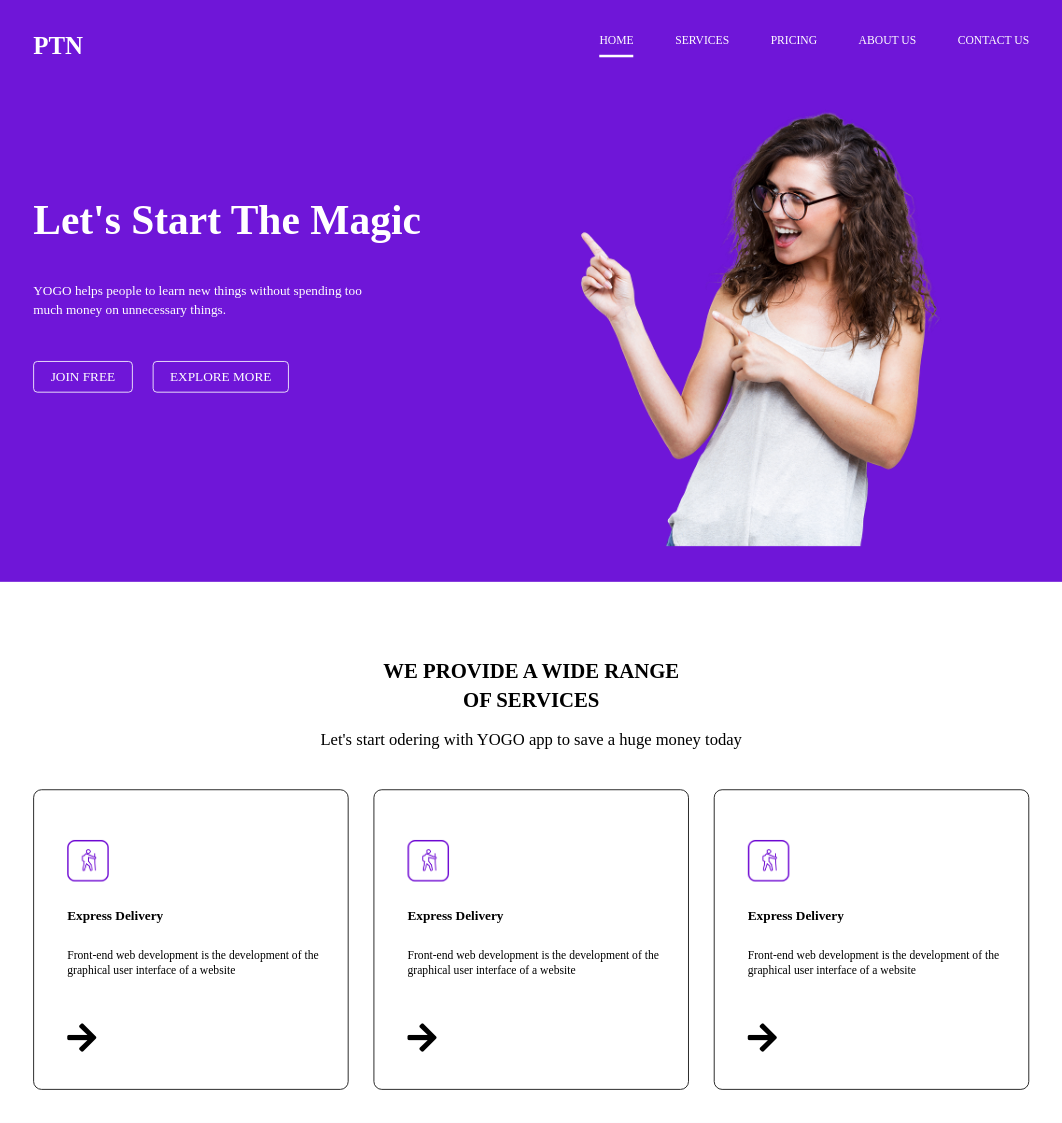
Repository: PhamTrungNguyen/LuyenTap
Page: index.html
An editor plug-in stored every save of this project. The page is shown before and after the next save, followed by the edit.
The browser window is 1280 px wide. The pictures show the whole page, at 83% of full size.
Some web fonts or font styles are not loaded; a fallback is used. The style sheet was rebuilt from its Sass, Less or Tailwind sources for each picture, by a compiler version that may differ from the author's.

Above is the page before, as saved 2021-12-05 21:55:23.

### index.html
<!DOCTYPE html>
<html lang="en">

<head>
    <meta charset="UTF-8">
    <meta http-equiv="X-UA-Compatible" content="IE=edge">
    <meta name="viewport" content="width=device-width, initial-scale=1.0">
    <title>TN_YoGo</title>
    <link rel="stylesheet" href="./reset.css">
    <link rel="stylesheet" href="./style.css">
    <!-- link truyền icon -->
    <link rel="stylesheet" href="https://cdnjs.cloudflare.com/ajax/libs/font-awesome/5.15.3/css/all.min.css"
        integrity="sha512-iBBXm8fW90+nuLcSKlbmrPcLa0OT92xO1BIsZ+ywDWZCvqsWgccV3gFoRBv0z+8dLJgyAHIhR35VZc2oM/gI1w=="
        crossorigin="anonymous" referrerpolicy="no-referrer" />
    <!-- link font chữ -->
    <link
        href="https://fonts.googleapis.com/css2?family=Roboto:ital,wght@0,300;0,400;1,300;1,400&family=Zen+Loop&display=swap"
        rel="stylesheet">
</head>

<body>
    <!-- -------------------- Logo và menu -------------------- -->
    <header class="header">
        <div class="container">
            <div class="header-main">
                <a href="#" class="header-main_logo">PTN</a>
                <ul class="header-main_menu">
                    <li class="header-main_menu__item">
                        <a href="" class="header-main_menu__link active-home">Home</a>
                    </li>
                    <li class="header-main_menu__item">
                        <a href="" class="header-main_menu__link">Services</a>
                    </li>
                    <li class="header-main_menu__item">
                        <a href="" class="header-main_menu__link">Pricing</a>
                    </li>
                    <li class="header-main_menu__item">
                        <a href="" class="header-main_menu__link">About Us</a>
                    </li>
                    <li class="header-main_menu__item">
                        <a href="" class="header-main_menu__link">Contact Us</a>
                    </li>
                </ul>
            </div>
            <!-- -------------------- Phần header trung tâm -------------------- -->
            <div class="header-center">
                <div class="header-left">
                    <h2 class="header-left_title">Let's Start The Magic</h2>
                    <p class="header-left_desc">YOGO helps people to learn new things without spending too much money on
                        unnecessary things.</p>
                    <div class="header-left_click">
                        <a href="" class="header-left_link">join free</a>
                        <a href="" class="header-left_link">explore more</a>
                    </div>
                </div>
                <div class="header-right">
                    <img src="./images/home-pic.png" alt="" class="header-right_image">
                </div>
            </div>
        </div>
    </header>
    <!-- -------------------- Phần service ( dưới header ) -------------------- -->
    <section class="service">
        <div class="container">
            <div class="service-over">
                <h2 class="service-over_title">we provide a wide range of services</h2>
                <p class="service-over_desc">Let's start odering with YOGO app to save a huge money today</p>
            </div>
            <div class="service-below">
                <div class="service-below--list">
                    <div class="service-below--block">
                        <img src="./images/Icon-1.png" alt="" class="service-below_icon">
                        <h3 class="service-below_title">Express Delivery</h3>
                        <span class="service-below_desc">Front-end web development is the development of the graphical user interface of a website</span>
                        <div class="service-below_item">
                            <i class="fas fa-arrow-right"></i>
                        </div>
                    </div>
                </div>
                <div class="service-below--list">
                    <div class="service-below--block">
                        <img src="./images/Icon-1.png" alt="" class="service-below_icon">
                        <h3 class="service-below_title">Express Delivery</h3>
                        <span class="service-below_desc">Front-end web development is the development of the graphical user interface of a website</span>
                        <div class="service-below_item">
                            <i class="fas fa-arrow-right"></i>
                        </div>
                    </div>
                </div>
                <div class="service-below--list">
                    <div class="service-below--block">
                        <img src="./images/Icon-1.png" alt="" class="service-below_icon">
                        <h3 class="service-below_title">Express Delivery</h3>
                        <span class="service-below_desc">Front-end web development is the development of the graphical user interface of a website</span>
                        <div class="service-below_item">
                            <i class="fas fa-arrow-right"></i>
                        </div>
                    </div>
                </div>

            </div>
        </div>
    </section>

</body>

</html>

### reset.css
/* http://meyerweb.com/eric/tools/css/reset/
   v2.0 | 20110126
   License: none (public domain)
*/

html,
body,
div,
span,
applet,
object,
iframe,
h1,
h2,
h3,
h4,
h5,
h6,
p,
blockquote,
pre,
a,
abbr,
acronym,
address,
big,
cite,
code,
del,
dfn,
em,
img,
ins,
kbd,
q,
s,
samp,
small,
strike,
strong,
sub,
sup,
tt,
var,
b,
u,
i,
center,
dl,
dt,
dd,
ol,
ul,
li,
fieldset,
form,
label,
legend,
table,
caption,
tbody,
tfoot,
thead,
tr,
th,
td,
article,
aside,
canvas,
details,
embed,
figure,
figcaption,
footer,
header,
hgroup,
menu,
nav,
output,
ruby,
section,
summary,
time,
mark,
audio,
video {
  margin: 0;
  padding: 0;
  border: 0;
  font-size: 100%;
  font: inherit;
  vertical-align: baseline;
}
/* HTML5 display-role reset for older browsers */
article,
aside,
details,
figcaption,
figure,
footer,
header,
hgroup,
menu,
nav,
section {
  display: block;
}
body {
  line-height: 1;
}
ol,
ul {
  list-style: none;
}
blockquote,
q {
  quotes: none;
}
blockquote:before,
blockquote:after,
q:before,
q:after {
  content: "";
  content: none;
}
table {
  border-collapse: collapse;
  border-spacing: 0;
}

### style.scss
html {
  font-size: 62.5%;
}
* {
  box-sizing: border-box;
}
body {
  font-family: "Bona Nova", serif;
  font-size: 1.6rem;
  font-weight: normal;
  outline: none;
}
a {
  text-decoration: none;
}
img {
  max-width: 100%;
}
.container {
  padding: 4rem;
}
.active-home {
  border-bottom: 3px solid white !important;
  padding-bottom: 10px;
}
.header {
  //-------------------- Logo và menu --------------------
  background-color: #6f16d8;
  &-main {
    // max-width: 1100px;
    display: flex;
    flex-direction: row;
    justify-content: space-between;
    &_logo {
      display: inline-block;
      text-transform: uppercase;
      font-size: 3rem;
      font-weight: 700;
      color: white;
    }
    &_menu {
      cursor: pointer;
      display: flex;
      flex-direction: row;
      position: relative;
      &__item:not(:last-child) {
        margin-right: 5rem;
      }
      &__link {
        text-transform: uppercase;
        display: inline-block;
        color: white;
        font-size: 1.4rem;
        border-bottom: 2px solid transparent;
        padding-bottom: 10px;
        transition: all 0.25s linear;
      }
      &__link:hover {
        color: black;
        border-bottom: 3px solid white;
      }
    }
  }
}
@media screen and (max-width: 767px) {
  .container {
    padding: 3rem;
  }
  .header-main {
    display: block;
    &_logo {
      display: block;
      text-align: center;
      padding-bottom: 1rem;
    }
  }
  .header-main_menu__item:not(:last-child) {
    margin-right: 1.4rem;
  }
  .header-main_menu__link {
    font-size: 1.5rem;
    text-transform: capitalize;
  }
}
//-------------------- Phần header trung tâm --------------------
.header {
  &-center {
    padding-top: 15rem;
    display: flex;
    justify-content: space-between;
  }
  &-left {
    margin-top: 2rem;
    &_title {
      color: white;
      font-size: 5rem;
      font-weight: bold;
      padding-bottom: 5rem;
    }
    &_desc {
      color: white;
      max-width: 400px;
      line-height: 1.4;
      padding-bottom: 5rem;
    }
    &_link {
      display: inline-block;
      padding: 1rem 2rem;
      color: white;
      text-transform: uppercase;
      border-radius: 0.5rem;
      border: 1px solid white;
      transition: all 0.25s linear;
      margin-right: 2rem;
    }
    &_link:hover {
      background-color: #fff;
      color: black;
    }
  }
  &-right {
    margin-right: 10rem;
    margin-top: -10rem;
    &_image {
      width: 45rem;
    }
  }
}
@media screen and (max-width: 1023px) {
  .header-left {
    margin-top: 0rem;
  }
  .header-center {
    padding-top: 8rem;
  }
  .header-right {
    margin-right: 0rem;
    margin-top: -3rem;
  }
  .header-left_title {
    padding-bottom: 3rem;
  }
  .header-left_desc {
    max-width: 350px;
    padding-bottom: 4rem;
  }
}
@media  screen and (max-width:767px){
  .header-center {
    padding-top: 4rem;
}
  .header-left_title {
    font-size: 2rem;
    padding-bottom: 2rem;
}
.header-right_image {
  width: 50rem;
  height: 24rem;
}
.header-right {
  margin-right: -3rem;
  margin-top: 0rem;
}
.header-left_desc {
  line-height: 1.2;
  padding-bottom: 0rem;
  font-size: 1.2rem;
}
.header-left_link {
  margin-top: 2rem;
  padding: 0.5rem 1rem;
  font-size: 1.5rem;
  margin-right: 0rem;
  max-width: 10rem;
  text-align: center;
}
}
//-------------------- Phần service ( dưới header ) --------------------
.service
{
  padding-top: 5rem;
  &-over
  {
    padding-bottom: 5rem;
    text-align: center;
    &_title
    {
      margin: 0 auto;
      text-transform: uppercase;
      color: black;
      font-size: 2.5rem;
      font-weight: 600;
      max-width:380px;
      padding-bottom: 2rem;
      line-height: 1.4;
    }
    &_desc
    {
      font-size: 2rem;
    }
  }
  &-below
  {

    display:flex;
    flex-wrap: wrap;
    &--block{
      cursor: pointer;
      padding:6rem 3rem 4rem 4rem;
      // background-color: #6f16d8;
      border-radius:1rem;
      transition: all 0.75s ease;
      border: 1px solid
    }
    &--list{
      width: calc(33.33% - 2rem);

    }
    &--list:hover{
      .service-below--block{
        background-color: #6f16d8
      }
      .service-below_title , .service-below_desc,.service-below_item {
        transition: all 0.75s ease;
        color:white;
      }


    }
    &--list:not(:last-child)
    {
      margin-right: 3rem;

    }
    &_icon {
     width:5rem;
     height:5rem;
     margin-bottom: 3rem;
    }
    &_title{
      color: black;
      font-weight: 600;
      padding-bottom: 3rem;
      // transition: all 0.5s ease;
    }
    &_desc{
      color: black;
      line-height:1.4;
      word-break: break-word;
      font-size: 1.4rem;
      // transition: all 0.5s ease;
    }
    &_item{
      padding-top: 5rem;
      font-size: 4rem;
    }
  }
}

After the next save:
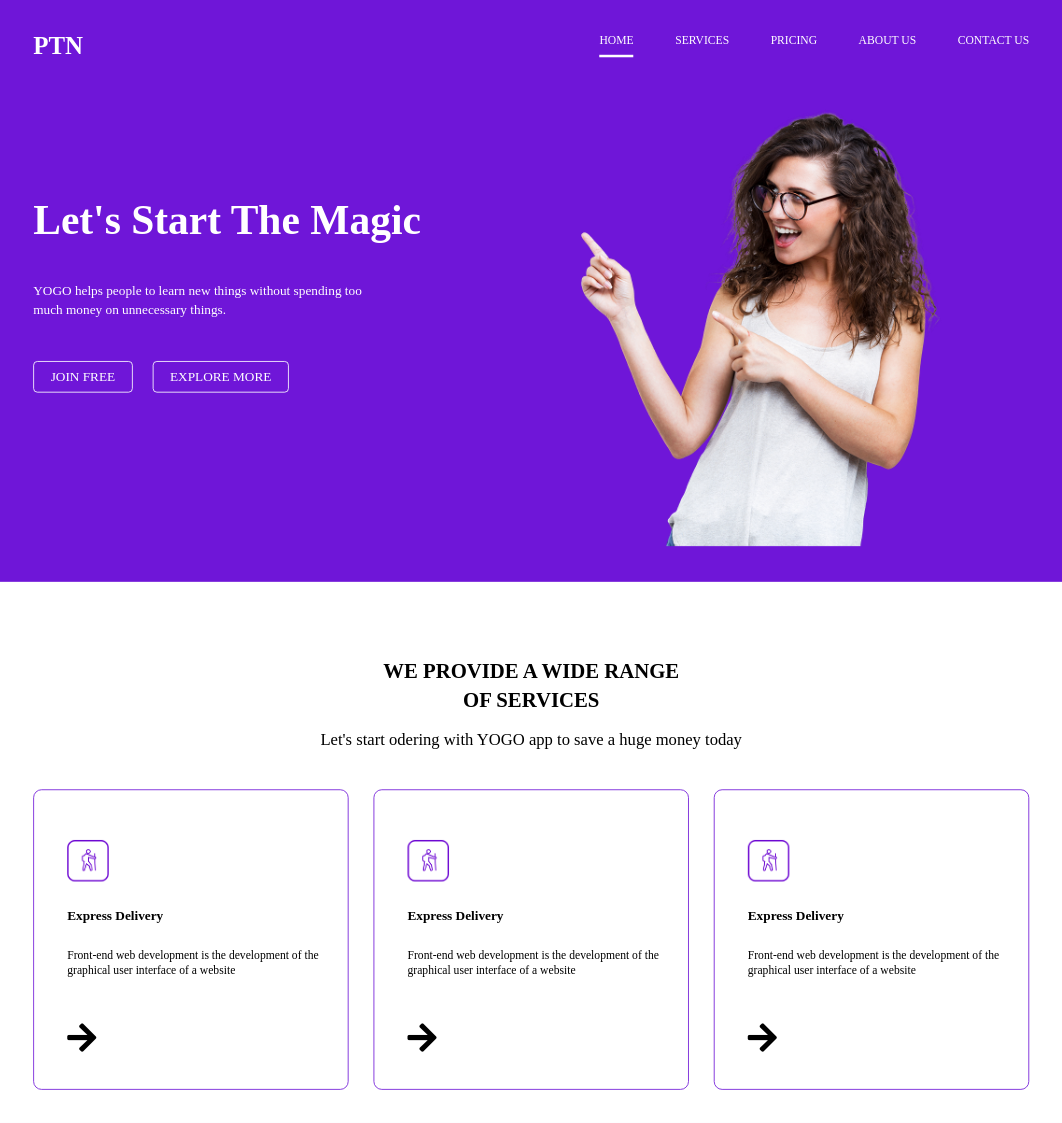
Saved 4 s later.
--- a/style.scss
+++ b/style.scss
@@ -210,7 +210,7 @@
       // background-color: #6f16d8;
       border-radius:1rem;
       transition: all 0.75s ease;
-      border: 1px solid
+      border: 1px solid #6f16d8;
     }
     &--list{
       width: calc(33.33% - 2rem);

After the save that followed:
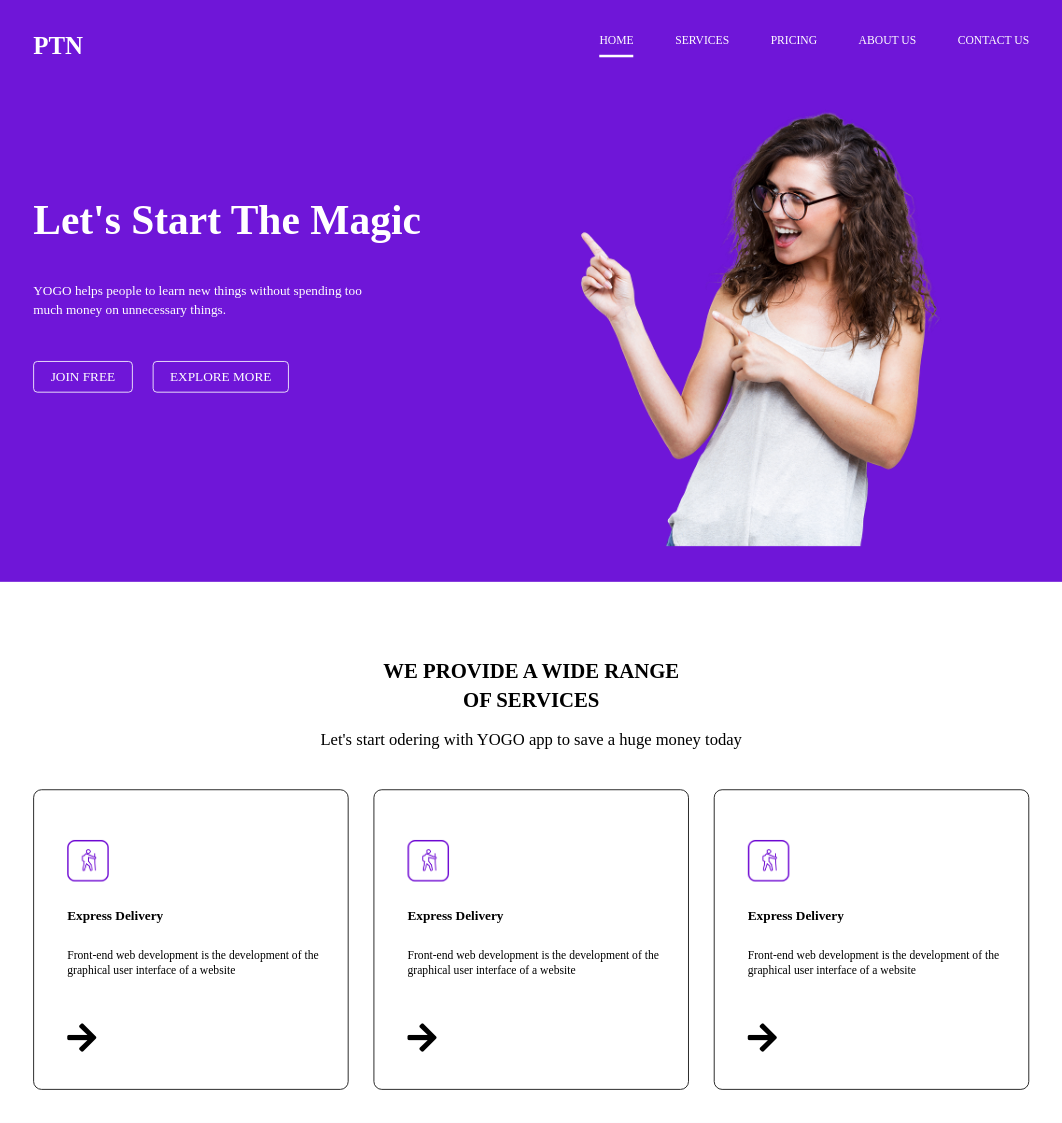
Saved 18 s later.
--- a/style.scss
+++ b/style.scss
@@ -210,7 +210,7 @@
       // background-color: #6f16d8;
       border-radius:1rem;
       transition: all 0.75s ease;
-      border: 1px solid #6f16d8;
+      border: 1px solid black;
     }
     &--list{
       width: calc(33.33% - 2rem);
